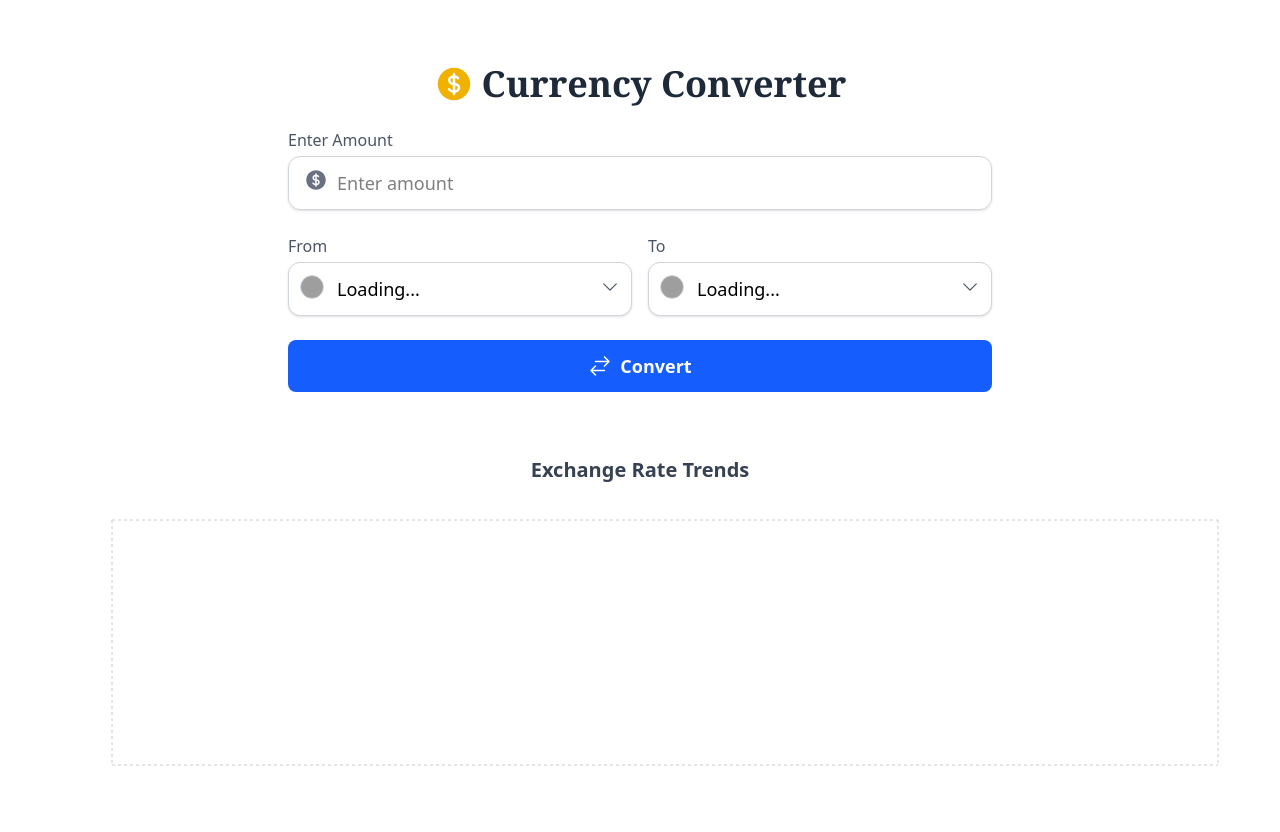
Repository: adrcstro/withcenter_developer_exam
Page: /
These files come from the project's save history. The page is drawn as it stood at one moment and after the next save; the edit follows.
The browser window is 1280 px wide. The pictures show the whole page.
Pictures or frames that could not be fetched are drawn as grey boxes. The page's requests for data from a server got no answer. The project was rebuilt for these pictures with package versions that can differ from the ones it lists, and the page was loaded fresh each time. No one was signed in, and anything a server would have sent is missing. Also part of the build but not shown: vite.config.ts.

Above is the page before, as saved 2025-03-18 14:40:44.

### index.html
<!doctype html>
<html lang="en">
  <head>
    <meta charset="UTF-8" />
    <link rel="icon" type="image/svg+xml" href="/vite.svg" />
    <meta name="viewport" content="width=device-width, initial-scale=1.0" />
    <title>Vite + React + TS</title>
    <!-- public/index.html -->
  <link href="https://fonts.googleapis.com/css2?family=Montserrat:wght@300;400;500;700&display=swap" rel="stylesheet">


  </head>
  <body>
    <div id="root"></div>
    <script type="module" src="/src/main.tsx"></script>
  </body>
</html>

### src/main.tsx

import { createRoot } from 'react-dom/client'
import './index.css'
import App from './App.tsx'

createRoot(document.getElementById('root')!).render(

    <App />

)

### src/App.tsx
import { Provider } from "react-redux";
import { QueryClient, QueryClientProvider } from "@tanstack/react-query";
import { store } from "./Store/store";
import { useAppDispatch, useAppSelector } from "./Store/hooks";
import { setAmount, setFromCurrency, setToCurrency, setConvertedAmount } from "./Store/exchangeRateSlice";
import { useExchangeRates, useSupportedCurrencies } from "./Store/useExchangeRates";
import { ArrowsRightLeftIcon, CurrencyDollarIcon } from "@heroicons/react/24/solid";
import { AreaChart, Area, XAxis, YAxis, CartesianGrid, Tooltip, ResponsiveContainer } from "recharts";
import { ChevronDownIcon } from "@heroicons/react/24/solid"; // Import Heroicons
const queryClient = new QueryClient();

// Define an interface for currencies
interface Currency {
  code: string;
  name: string;
}

const currencyToCountryCode: Record<string, string> = {
  USD: "us", EUR: "eu", GBP: "gb", JPY: "jp", AUD: "au", CAD: "ca", CHF: "ch", CNY: "cn",
  INR: "in", BRL: "br", ZAR: "za", MXN: "mx", AED: "ae", AFN: "af", ALL: "al", AMD: "am",
  ANG: "an", AOA: "ao", ARS: "ar", AWG: "aw", AZN: "az", BBD: "bb", BDT: "bd", BGN: "bg",
  BHD: "bh", BIF: "bi", BMD: "bm", BND: "bn", BOB: "bo", BSD: "bs", BTN: "bt", BWP: "bw",
  BYN: "by", BZD: "bz", CLP: "cl", COP: "co", CRC: "cr", CUP: "cu", CVE: "cv", CZK: "cz",
  DJF: "dj", DKK: "dk", DOP: "do", DZD: "dz", EGP: "eg", ERN: "er", ETB: "et", FJD: "fj",
  FKP: "fk", FOK: "fo", GEL: "ge", GGP: "gg", GHS: "gh", GIP: "gi", GMD: "gm", GNF: "gn",
  GTQ: "gt", GYD: "gy", HKD: "hk", HNL: "hn", HRK: "hr", HTG: "ht", HUF: "hu", IDR: "id",
  ILS: "il", ISK: "is", JMD: "jm", JOD: "jo", KES: "ke", KGS: "kg", KHR: "kh", KMF: "km",
  KRW: "kr", KWD: "kw", KYD: "ky", KZT: "kz", LAK: "la", LBP: "lb", LKR: "lk", LRD: "lr",
  LSL: "ls", LYD: "ly", MAD: "ma", MDL: "md", MGA: "mg", MKD: "mk", MMK: "mm", MNT: "mn",
  MOP: "mo", MRU: "mr", MUR: "mu", MVR: "mv", MWK: "mw", MYR: "my", MZN: "mz", NAD: "na",
  NGN: "ng", NIO: "ni", NOK: "no", NPR: "np", NZD: "nz", OMR: "om", PAB: "pa", PEN: "pe",
  PGK: "pg", PHP: "ph", PKR: "pk", PLN: "pl", PYG: "py", QAR: "qa", RON: "ro", RSD: "rs",
  RUB: "ru", RWF: "rw", SAR: "sa", SBD: "sb", SCR: "sc", SDG: "sd", SEK: "se", SGD: "sg",
  SHP: "sh", SLL: "sl", SOS: "so", SRD: "sr", SSP: "ss", STN: "st", SYP: "sy", SZL: "sz",
  THB: "th", TJS: "tj", TMT: "tm", TND: "tn", TOP: "to", TRY: "tr", TTD: "tt", TZS: "tz",
  UAH: "ua", UGX: "ug", UYU: "uy", UZS: "uz", VES: "ve", VND: "vn", VUV: "vu", WST: "ws",
  XAF: "cm", XCD: "ag", XOF: "bj", XPF: "pf", YER: "ye", ZMW: "zm", ZWL: "zw",
};


const getFlagUrl = (currencyCode: string) => {
  const countryCode = currencyToCountryCode[currencyCode] || currencyCode.toLowerCase();
  return `https://flagcdn.com/w40/${countryCode}.png`;
};

function CurrencyConverter() {
  const dispatch = useAppDispatch();
  const { fromCurrency, toCurrency, amount, convertedAmount } = useAppSelector((state) => state.exchangeRates);

  const { data: exchangeRates } = useExchangeRates(fromCurrency);
  const { data: currencies, isLoading } = useSupportedCurrencies();

  const handleConvert = () => {
    if (!exchangeRates) return;
    const rate = exchangeRates[toCurrency] || 1;
    dispatch(setConvertedAmount((parseFloat(amount) * rate).toFixed(2)));
  };

  const chartData = exchangeRates
    ? Object.entries(exchangeRates).map(([currency, rate]) => ({ currency, rate }))
    : [];

  return (
    <div className="flex flex-col items-center justify-center min-h-screen  bg-white p-8">
      <div className="flex flex-col items-center justify-center w-full max-w-[2000px] px-8">
        <div className="bg-white rounded-xl p-8 w-full max-w-3xl">
        <h2 className="text-4xl font-serif font-semibold text-gray-800 text-center mb-6 flex items-center justify-center gap-2">
  <CurrencyDollarIcon className="w-10 h-10 text-yellow-500" />
  Currency Converter
</h2>

          <div className="mb-6">
  <label className="block text-gray-600 text-base font-medium">Enter Amount</label>
  <div className="relative">
    <input
      type="number"
      value={amount}
      onChange={(e) => dispatch(setAmount(e.target.value))}
      className="w-full mt-1 pl-12 pr-4 py-3 border border-gray-300 rounded-xl text-lg shadow-sm focus:outline-none focus:ring-2 focus:ring-blue-500 transition-all duration-200"
      placeholder="Enter amount"
    />
    <CurrencyDollarIcon className="w-6 h-6 text-gray-500 absolute left-4 top-4" />
  </div>
</div>

<div className="flex gap-4 mb-6">
  {/* From Currency */}
  <div className="w-1/2">
    <label className="block text-gray-600 text-base font-medium">From</label>
    <div className="relative flex items-center">
      <img
        src={getFlagUrl(fromCurrency)}
        alt={fromCurrency}
        className="w-6 h-6 absolute left-3 rounded-full border border-gray-300"
      />
      <select
        value={fromCurrency}
        onChange={(e) => dispatch(setFromCurrency(e.target.value))}
        className="w-full mt-1 pl-12 pr-10 py-3 border border-gray-300 rounded-xl text-lg shadow-sm focus:outline-none focus:ring-2 focus:ring-blue-500 appearance-none bg-white transition-all duration-200"
      >
        {isLoading ? (
          <option>Loading...</option>
        ) : (
          currencies?.map(({ code, name }: Currency) => (
            <option key={code} value={code}>
              {code} - {name}
            </option>
          ))
        )}
      </select>
      <ChevronDownIcon className="w-5 h-5 absolute right-3 text-gray-600 pointer-events-none" />
    </div>
  </div>

  {/* To Currency */}
  <div className="w-1/2">
    <label className="block text-gray-600 text-base font-medium">To</label>
    <div className="relative flex items-center">
      <img
        src={getFlagUrl(toCurrency)}
        alt={toCurrency}
        className="w-6 h-6 absolute left-3 rounded-full border border-gray-300"
      />
      <select
        value={toCurrency}
        onChange={(e) => dispatch(setToCurrency(e.target.value))}
        className="w-full mt-1 pl-12 pr-10 py-3 border border-gray-300 rounded-xl text-lg shadow-sm focus:outline-none focus:ring-2 focus:ring-blue-500 appearance-none bg-white transition-all duration-200"
      >
        {isLoading ? (
          <option>Loading...</option>
        ) : (
          currencies?.map(({ code, name }: Currency) => (
            <option key={code} value={code}>
              {code} - {name}
            </option>
          ))
        )}
      </select>
      <ChevronDownIcon className="w-5 h-5 absolute right-3 text-gray-600 pointer-events-none" />
    </div>
  </div>
</div>

          <button
            onClick={handleConvert}
            className="w-full bg-blue-600 hover:bg-blue-700 text-white text-lg font-semibold py-3 rounded-lg flex items-center justify-center gap-2 transition duration-300"
          >
            <ArrowsRightLeftIcon className="w-6 h-6" />
            Convert
          </button>

          {convertedAmount && (
            <div className="mt-6 text-center">
              <p className="text-gray-800 text-xl">
                {amount} {fromCurrency} = <span className="font-bold text-green-600">{convertedAmount} {toCurrency}</span>
              </p>
            </div>
          )}
        </div>
      </div>

      {/* Chart Section */}
      <div className="w-full max-w-7xl mt-8">
        <h2 className="text-xl font-semibold text-gray-700 text-center mb-4">Exchange Rate Trends</h2>
        <ResponsiveContainer width="100%" height={300}>
          <AreaChart data={chartData} margin={{ top: 20, right: 30, left: 20, bottom: 5 }}>
            <CartesianGrid strokeDasharray="3 3" />
            <XAxis dataKey="currency" />
            <YAxis />
            <Tooltip />
            <Area type="monotone" dataKey="rate" stroke="#8884d8" fill="#8884d8" />
          </AreaChart>
        </ResponsiveContainer>
      </div>
    </div>
  );
}

export default function App() {
  return (
    <Provider store={store}>
      <QueryClientProvider client={queryClient}>
        <CurrencyConverter />
      </QueryClientProvider>
    </Provider>
  );
}

### src/Store/store.ts
// src/store/store.ts
import { configureStore } from "@reduxjs/toolkit";
import exchangeRateReducer from "./exchangeRateSlice";

export const store = configureStore({
  reducer: {
    exchangeRates: exchangeRateReducer,
  },
});

export type RootState = ReturnType<typeof store.getState>;
export type AppDispatch = typeof store.dispatch;

### src/Store/hooks.ts

import { TypedUseSelectorHook, useDispatch, useSelector } from "react-redux";
import type { RootState, AppDispatch } from "./store";

export const useAppDispatch: () => AppDispatch = useDispatch;
export const useAppSelector: TypedUseSelectorHook<RootState> = useSelector;

### src/Store/exchangeRateSlice.ts
// src/store/exchangeRateSlice.ts
import { createSlice, PayloadAction } from "@reduxjs/toolkit";

interface ExchangeRateState {
  fromCurrency: string;
  toCurrency: string;
  amount: string;
  convertedAmount: string;
}

const initialState: ExchangeRateState = {
  fromCurrency: "USD",
  toCurrency: "EUR",
  amount: "",
  convertedAmount: "",
};

const exchangeRateSlice = createSlice({
  name: "exchangeRate",
  initialState,
  reducers: {
    setFromCurrency: (state, action: PayloadAction<string>) => {
      state.fromCurrency = action.payload;
    },
    setToCurrency: (state, action: PayloadAction<string>) => {
      state.toCurrency = action.payload;
    },
    setAmount: (state, action: PayloadAction<string>) => {
      state.amount = action.payload;
    },
    setConvertedAmount: (state, action: PayloadAction<string>) => {
      state.convertedAmount = action.payload;
    },
  },
});

export const { setFromCurrency, setToCurrency, setAmount, setConvertedAmount } = exchangeRateSlice.actions;
export default exchangeRateSlice.reducer;

### src/Store/useExchangeRates.ts
import { useQuery } from "@tanstack/react-query";
import axios from "axios";

const API_KEY = import.meta.env.VITE_EXCHANGE_RATE_API_KEY;
const BASE_URL = "https://v6.exchangerate-api.com/v6";

const fetchCurrencies = async () => {
  const response = await axios.get(`${BASE_URL}/${API_KEY}/codes`);
  return response.data.supported_codes.map(([code, name]: [string, string]) => ({
    code,
    name,
  }));
};
const fetchExchangeRates = async (fromCurrency: string) => {
  const response = await axios.get(`${BASE_URL}/${API_KEY}/latest/${fromCurrency}`);
  return response.data.conversion_rates;
};
export const useExchangeRates = (fromCurrency: string) => {
  return useQuery({
    queryKey: ["exchangeRates", fromCurrency],
    queryFn: () => fetchExchangeRates(fromCurrency),
    staleTime: 1000 * 60 * 10, // 10 minutes cache
  });
};
export const useSupportedCurrencies = () => {
  return useQuery({
    queryKey: ["supportedCurrencies"],
    queryFn: fetchCurrencies,
    staleTime: Infinity,
  });
};

Loaded but not shown: src/index.css (common file)

After the next save:
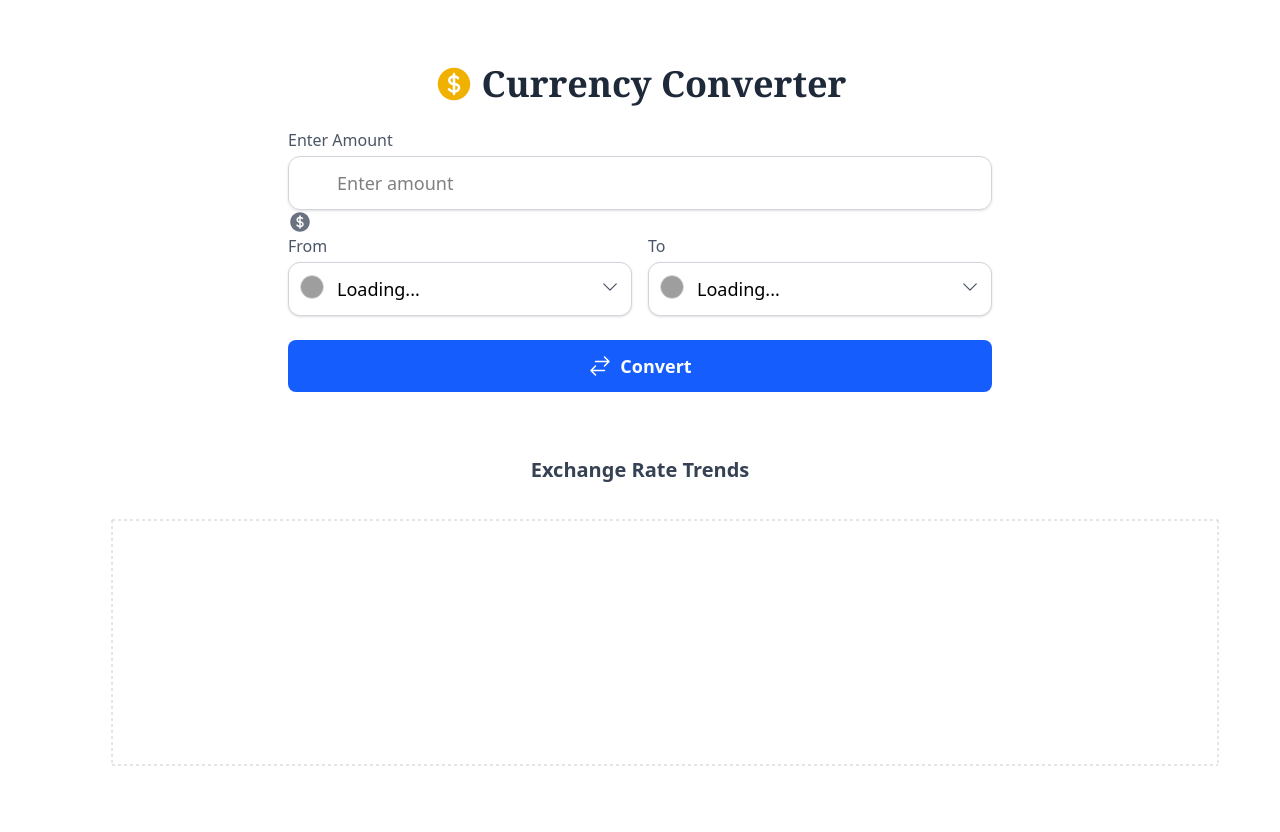
Saved 30 s later.
--- a/src/App.tsx
+++ b/src/App.tsx
@@ -79,7 +79,7 @@ function CurrencyConverter() {
       className="w-full mt-1 pl-12 pr-4 py-3 border border-gray-300 rounded-xl text-lg shadow-sm focus:outline-none focus:ring-2 focus:ring-blue-500 transition-all duration-200"
       placeholder="Enter amount"
     />
-    <CurrencyDollarIcon className="w-6 h-6 text-gray-500 absolute left-4 top-4" />
+    <CurrencyDollarIcon className="w-6 h-6 text-gray-500 absolute " />
   </div>
 </div>
 
